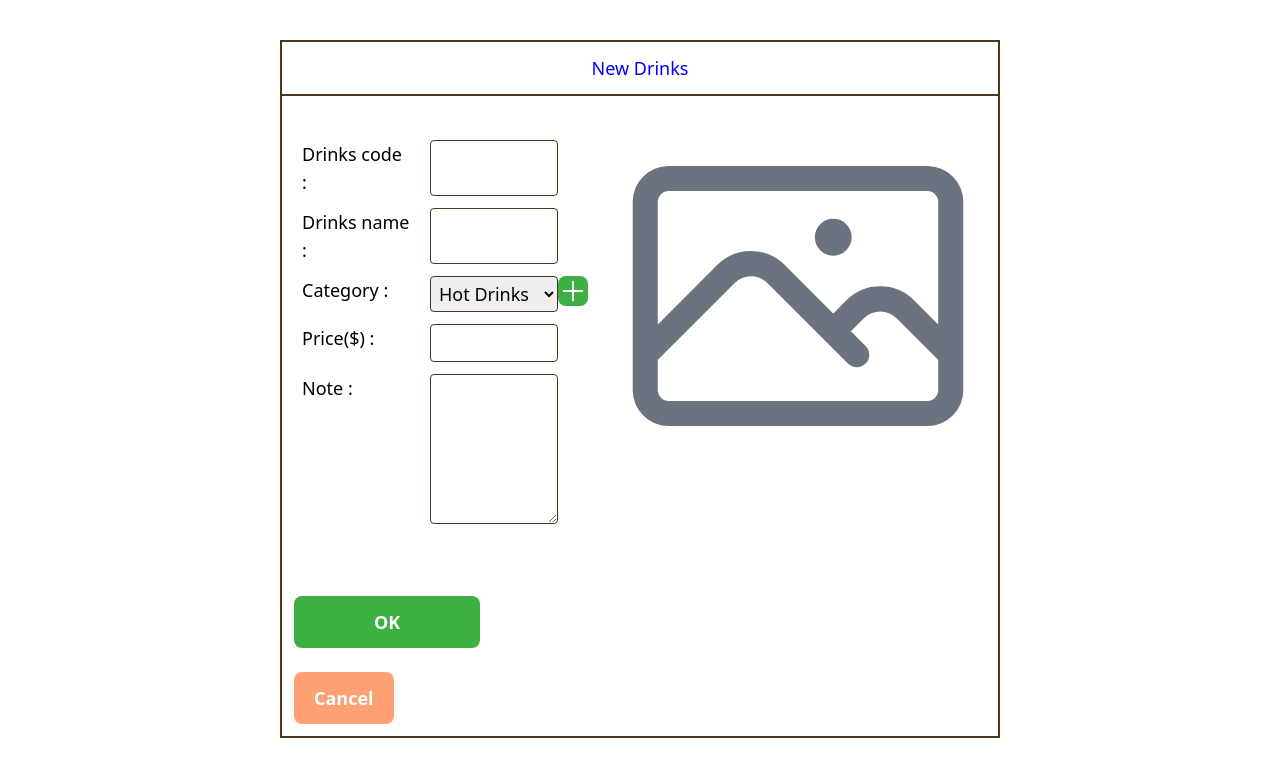
Repository: Dapravith/Midterm-SE-GIC-Cafe-Project-Group16
Page: bin/main/templates/addDrink.html
The author's editor kept a copy of each file at every save. The page is drawn from the files as they stood at one save, then again after the next save.
The browser window is 1280 px wide. The pictures show the whole page.
Some web libraries are served in a nearby version.

Above is the page before, as saved 2023-05-17 08:36:46.

After the next save:
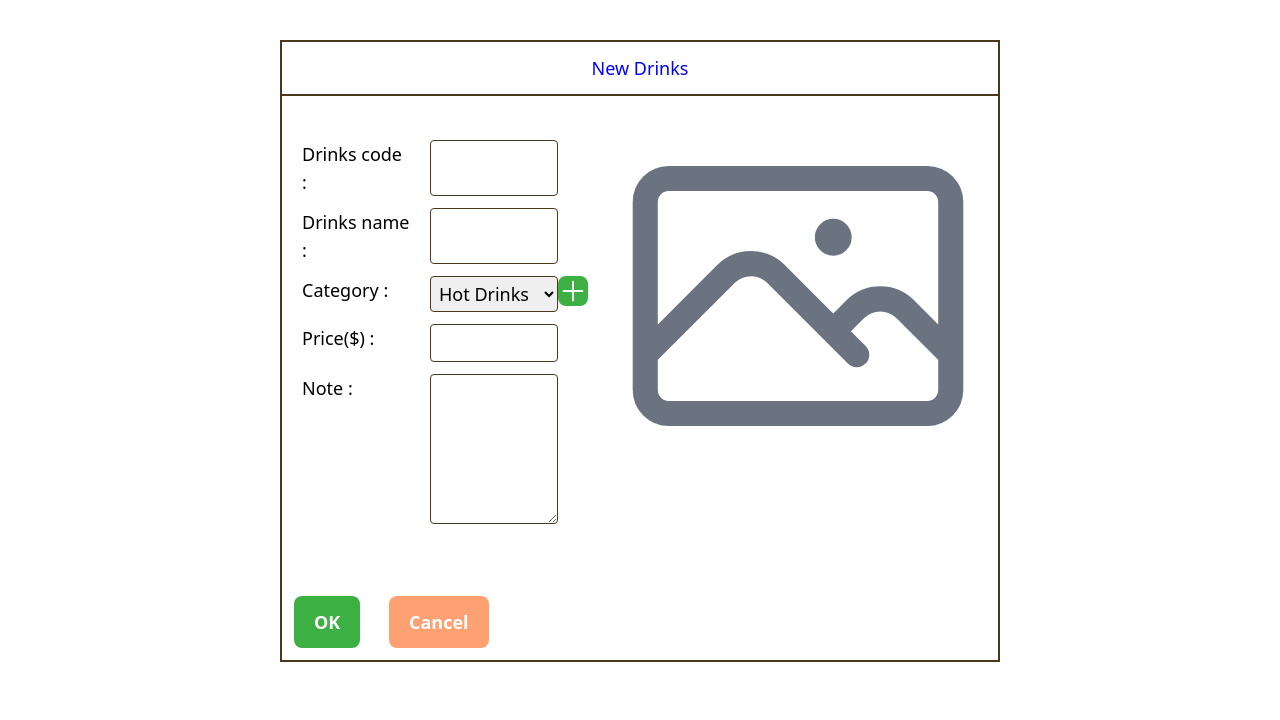
Saved 49 s later.
--- a/bin/main/templates/addDrink.html
+++ b/bin/main/templates/addDrink.html
@@ -75,7 +75,7 @@
                 </div>
                 <br />
                 <div>
-                    <button class=" py-3 bg-[#3CB043] text-center text-white font-bold px-20 m-3 inline-block cursor-pointer duration-100 rounded-lg">OK</button>
+                    <button class=" py-3 px-5 bg-[#3CB043] text-center text-white font-bold px-20 m-3 inline-block cursor-pointer duration-100 rounded-lg">OK</button>
                     <button class=" py-3 px-5 bg-[#FDA172] text-center text-white  font-bold p-3 m-3 inline-block cursor-pointer duration-100 rounded-lg">Cancel</button>
                 </div>
             </div>

After the save that followed:
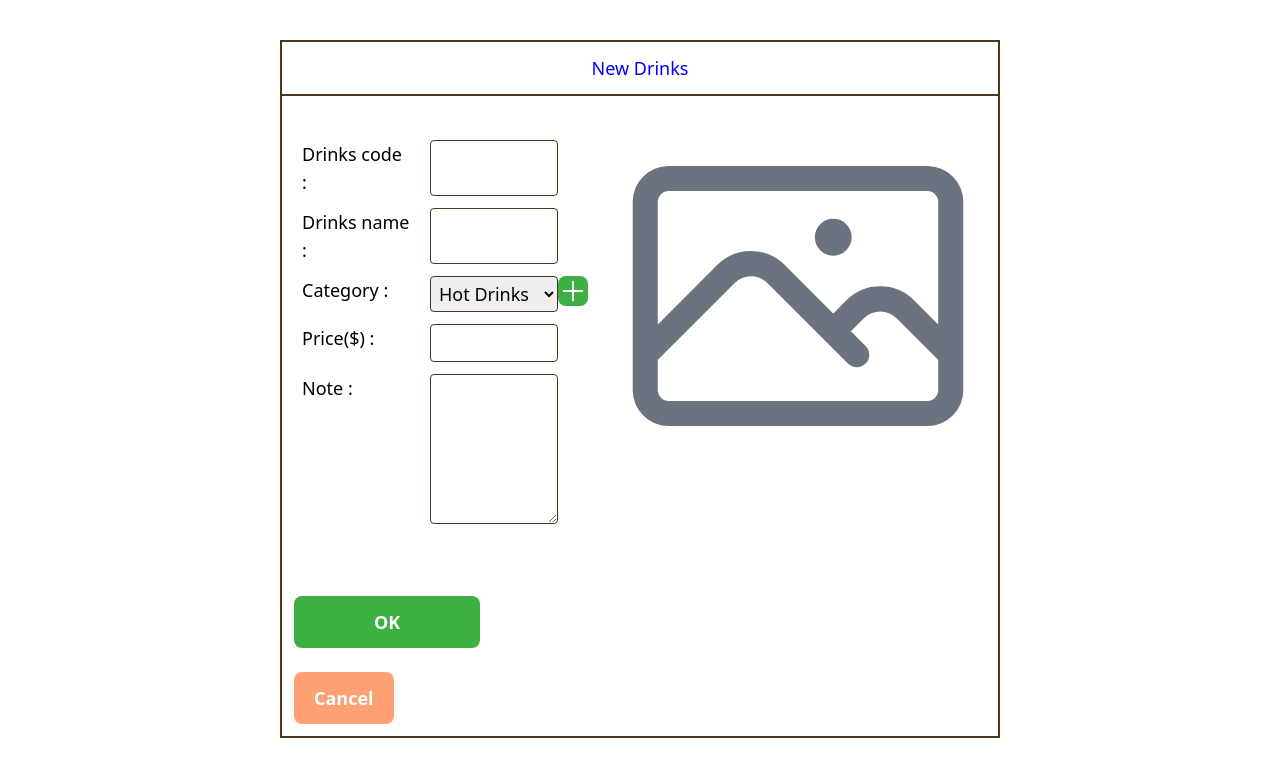
Saved 11 s later.
--- a/bin/main/templates/addDrink.html
+++ b/bin/main/templates/addDrink.html
@@ -69,13 +69,13 @@
                         </div>
                         <div class="grid grid-cols-2 mt-3">
                             <label class="mr-5" for="note">Note :</label>
-                            <textarea id="note" cols="70" rows="5" name="" class="p-1 w-full border-[1px] border-solid border-[#4B371C] rounded resize-x"> </textarea>
+                            <textarea id="note" cols="50" rows="5" name="" class="p-1 w-full border-[1px] border-solid border-[#4B371C] rounded resize-x"> </textarea>
                         </div>
                     </form>
                 </div>
                 <br />
                 <div>
-                    <button class=" py-3 px-5 bg-[#3CB043] text-center text-white font-bold px-20 m-3 inline-block cursor-pointer duration-100 rounded-lg">OK</button>
+                    <button class=" py-3 bg-[#3CB043] text-center text-white font-bold px-20 m-3 inline-block cursor-pointer duration-100 rounded-lg">OK</button>
                     <button class=" py-3 px-5 bg-[#FDA172] text-center text-white  font-bold p-3 m-3 inline-block cursor-pointer duration-100 rounded-lg">Cancel</button>
                 </div>
             </div>
